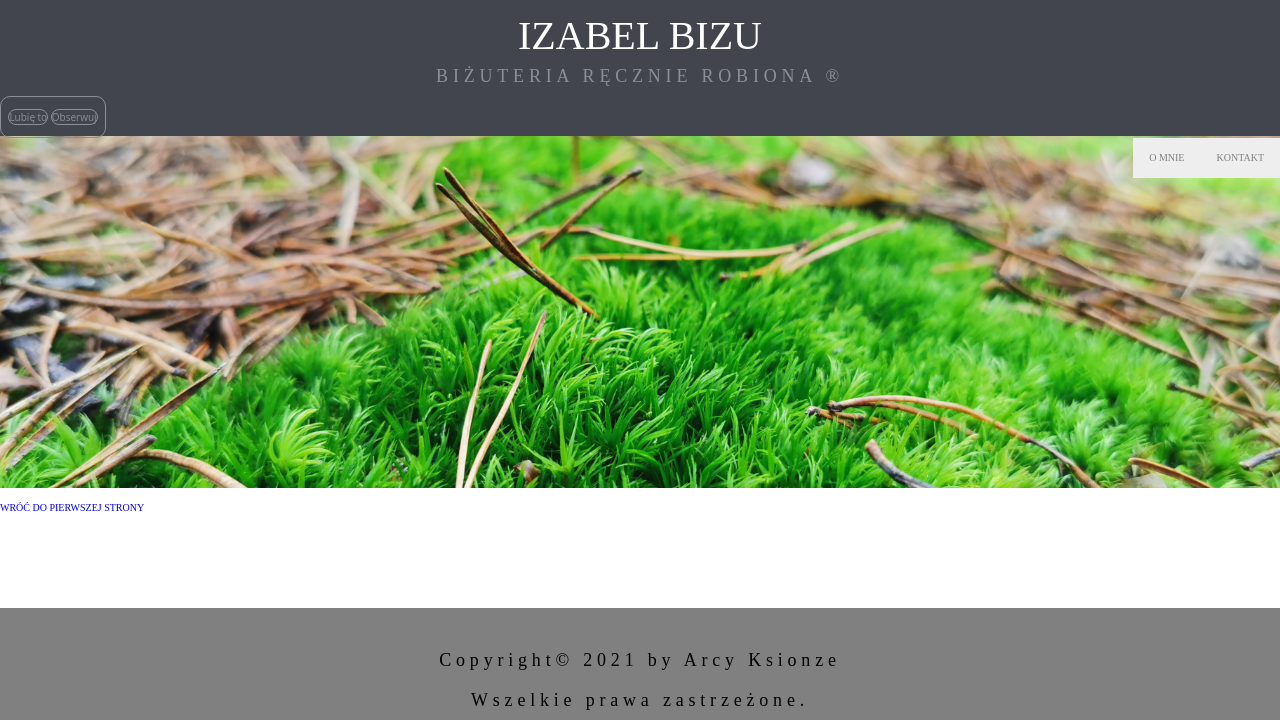
Repository: arcyksionze/strona_izy
Page: index2.html
These files come from the project's save history. The page is drawn as it stood at one moment and after a run of saves; the edit follows.
The browser window is 1280 px wide. The pictures show the whole page.
Some web fonts or font styles are not loaded; a fallback is used.

Above is the page before, as saved 2021-04-11 23:11:23.

After the next 2 saves:
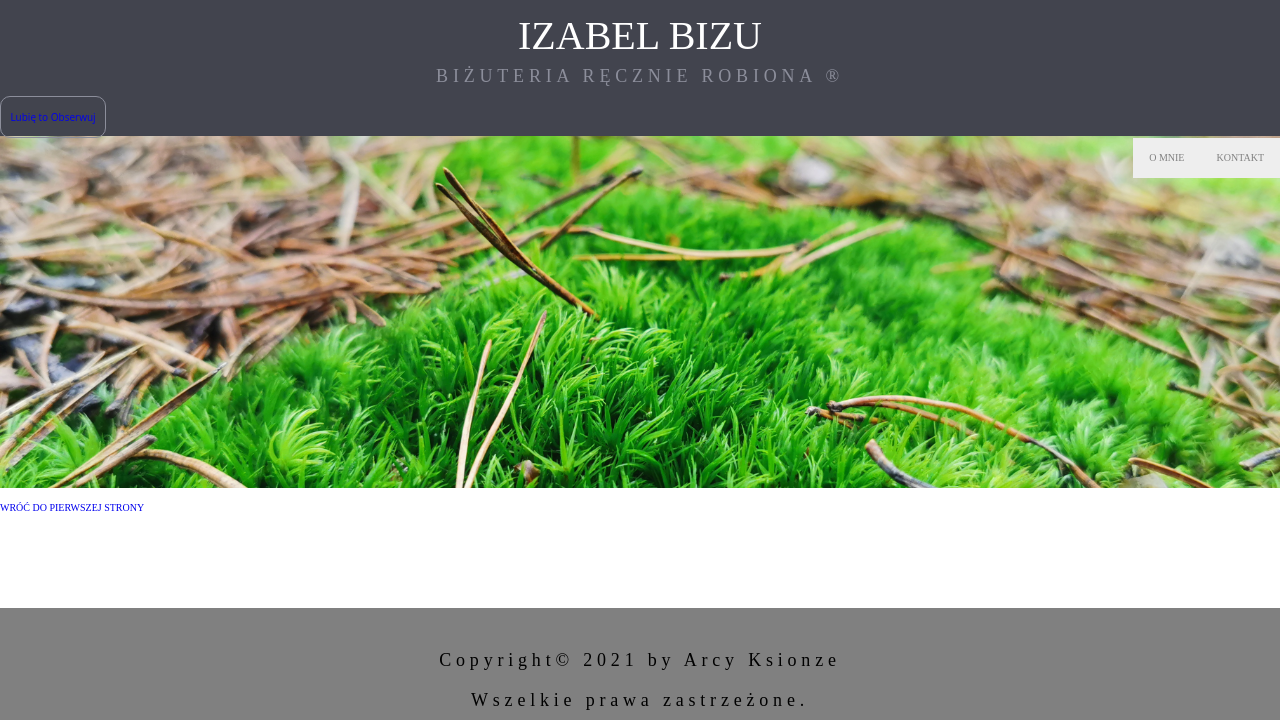
The 2 saves are shown as one change because they came seconds apart.
The last was saved 6 s later.
--- a/index2.html
+++ b/index2.html
@@ -26,8 +26,8 @@
         </div>
 
         <div class="przycisk">
-            <a class="przycisk" href="#">Lubię to</a>
-            <a class="przycisk" href="#">Obserwuj</a>
+            <a class="przycisk1" href="#">Lubię to</a>
+            <a class="przycisk2" href="#">Obserwuj</a>
         </div>
     </header>
 
